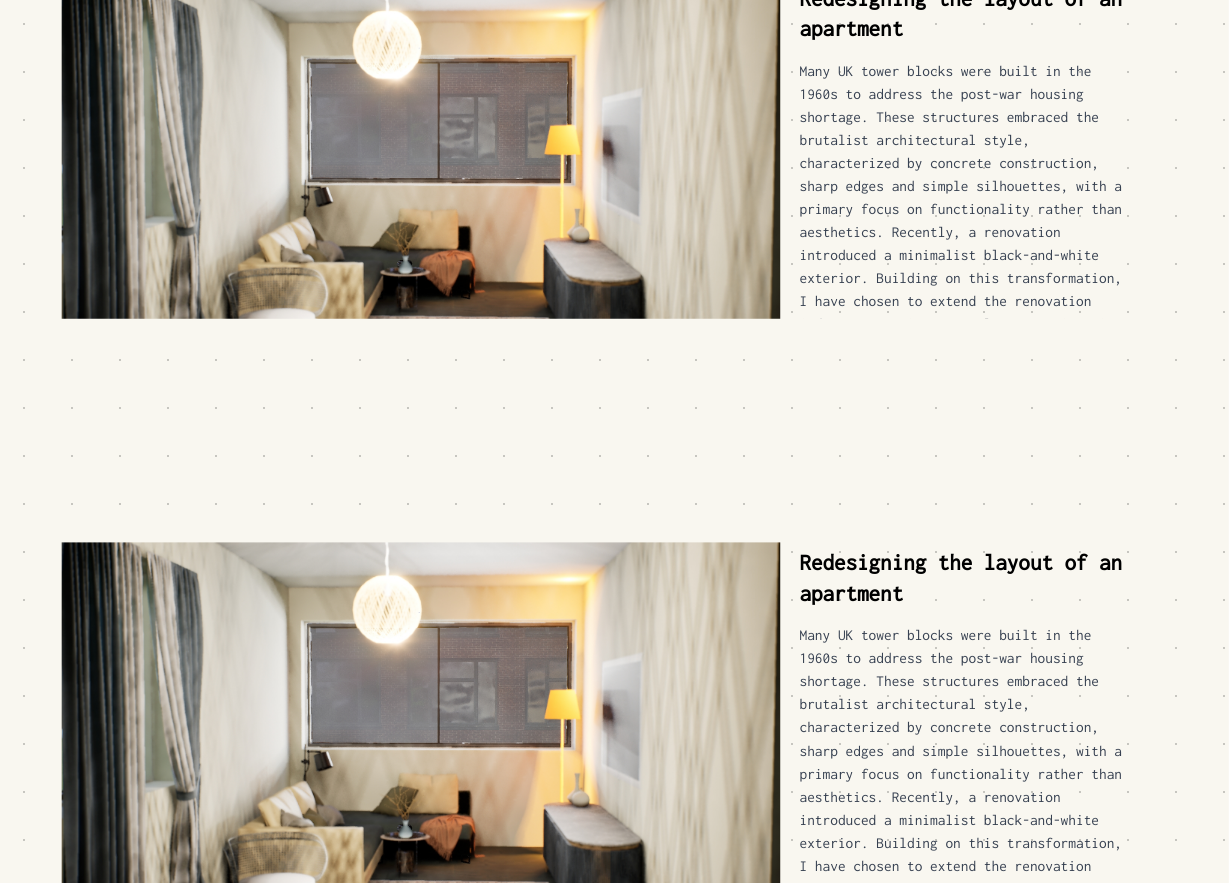
Repository: BBRRE/Portfolio-V2
Page: /#/Architecture
These files come from the project's save history. The page is drawn as it stood at one moment and after the next save; the edit follows.
The browser window is 1280 px wide. The pictures show the whole page, at 96% of full size.
Some web fonts or font styles are not loaded; a fallback is used. The project was rebuilt for these pictures with package versions that can differ from the ones it lists, and the page was loaded fresh each time. Also part of the build but not shown: vite.config.js, src/Subjects/CompSci.jsx, src/Subjects/EEng.jsx, src/Subjects/Other.jsx, src/Projects Overview.jsx, src/HomePage.jsx, src/ErrorBoundary.jsx.

Above is the page before, as saved 2024-11-26 19:21:05.

After the next save:
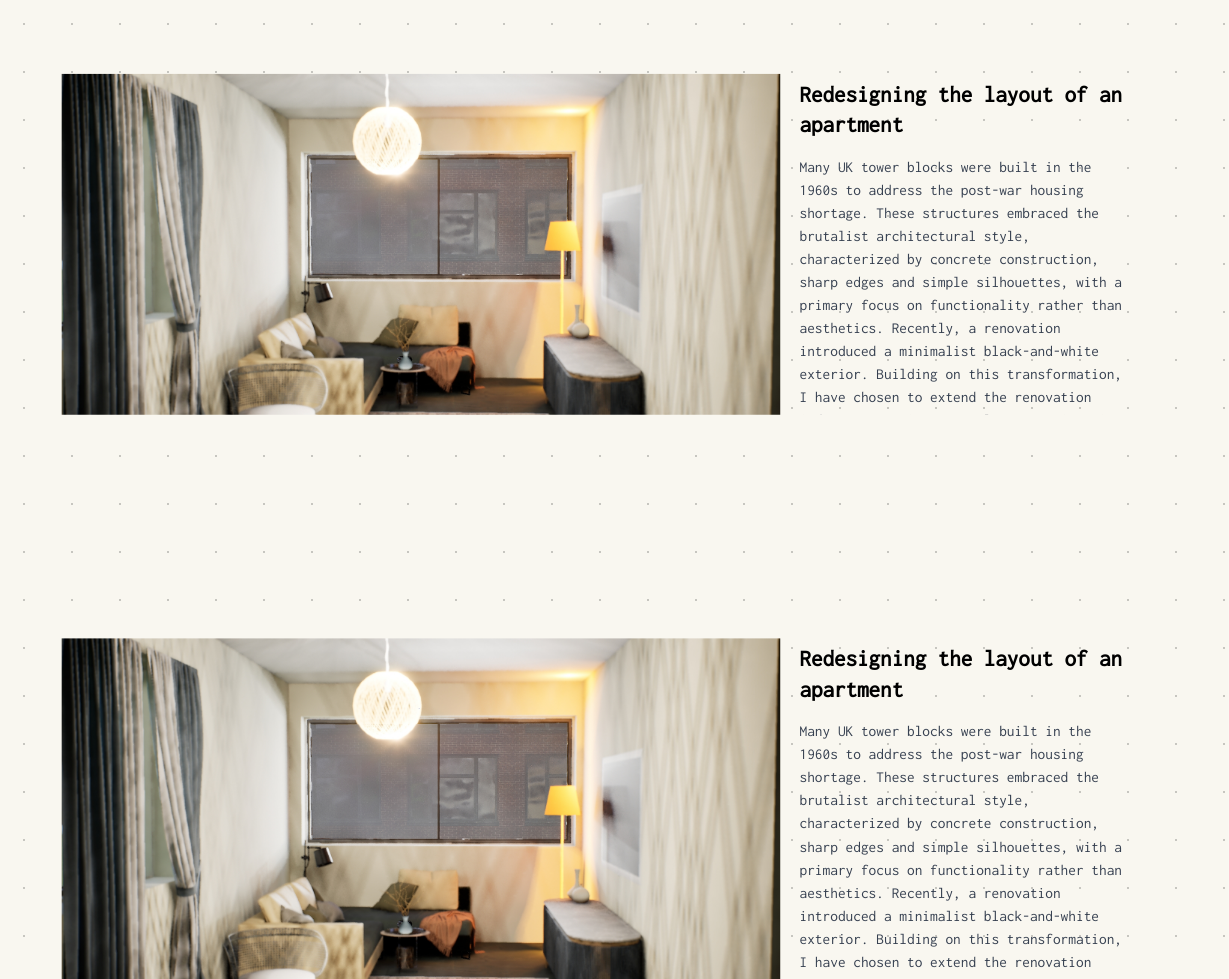
Saved 6 s later.
--- a/src/Subjects/Archi.jsx
+++ b/src/Subjects/Archi.jsx
@@ -88,7 +88,7 @@ const Arcchi = () => {
 
   return (
     <div className='bg-[#F9F7F0] bg-dot-pattern flex flex-col gap-14'>
-    <div className={` font-inconsolata w-full overflow-hidden mt-[-200px] `}>
+    <div className={` font-inconsolata w-full overflow-hidden mt-[-100px] `}>
       <motion.div
         className="flex flex-col pt-[60px] md:pt-[100px] gap-4 md:gap-8 w-full"
         initial="hidden"
